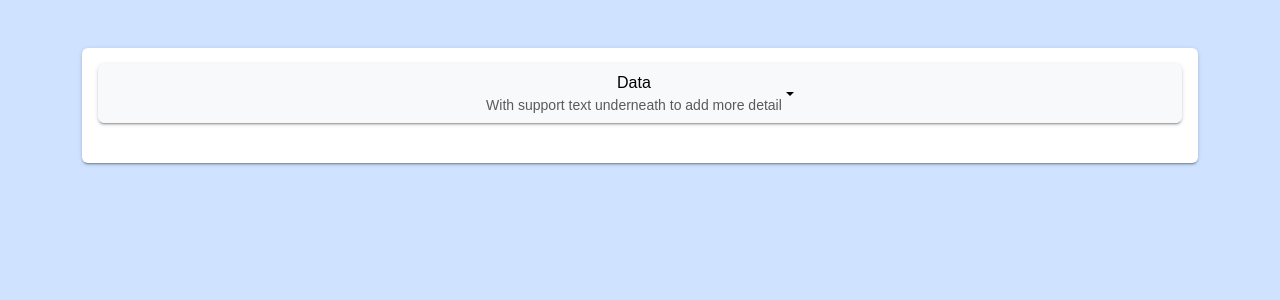
Repository: chancellor-w-whitaker/trying-context
Page: /
An editor plug-in stored every save of this project. The page is shown before and after the next save, followed by the edit.
The browser window is 1280 px wide. The pictures show the whole page.
The page's requests for data from a server got no answer. Some web fonts or font styles are not loaded; a fallback is used. The project was rebuilt for these pictures with package versions that can differ from the ones it lists, and the page was loaded fresh each time. No one was signed in, and anything a server would have sent is missing. Also part of the build but not shown: vite.config.js.

Above is the page before, as saved 2024-01-14 16:11:25.

### src/main.jsx
// Bootstrap Bundle JS
import "bootstrap/dist/js/bootstrap.bundle.min";
// Bootstrap CSS
import "bootstrap/dist/css/bootstrap.min.css";
import ReactDOM from "react-dom/client";
import React from "react";

import { AppContextProvider } from "./AppContextProvider.jsx";
import { Container } from "./components/Container.jsx";
import App from "./App.jsx";
import "./index.css";

ReactDOM.createRoot(document.getElementById("root")).render(
  <React.StrictMode>
    <Container>
      <AppContextProvider>
        <App />
      </AppContextProvider>
    </Container>
  </React.StrictMode>
);

### src/AppContextProvider.jsx
import { startTransition, useCallback, useState, useMemo } from "react";

import { comparePreviousColumnFilters } from "./functions/comparePreviousColumnFilters";
import { returnColsWithValuesAndType } from "./functions/returnColsWithValuesAndType";
import { buildRelevantColumnFilters } from "./functions/buildRelevantColumnFilters";
import { useBodyBgVariant } from "./hooks/useBodyBgVariant";
import { AppContext } from "./contexts/AppContext";
import { fileNames } from "./constants/fileNames";
import { useJSON } from "./hooks/useJSON";

export const AppContextProvider = ({ children }) => {
  const value = useProvideGlobally();

  return <AppContext.Provider value={value}>{children}</AppContext.Provider>;
};

const useProvideGlobally = () => {
  useBodyBgVariant("primary-subtle");

  const [fileName, setFileName] = useState(fileNames[0].id);
  const [columnFilters, setColumnFilters] = useState({});

  const onFileChange = useCallback(
    ({ target: { value } }) => startTransition(() => setFileName(value)),
    [setFileName]
  );

  const onColumnFilterChange = useCallback(
    ({ target: { name: field, value } }) =>
      startTransition(() =>
        setColumnFilters((previousState) => {
          // destructure top object (looks like { field1: {}, field2: {}, ... })
          const nextState = { ...previousState };
          // destructure field object (looks like { checklist: {}, relevant })
          nextState[field] = { ...nextState[field] };
          // destructure checklist (looks like { value1: {}, value2: {}, ... })
          nextState[field].checklist = { ...nextState[field].checklist };

          const { relevant, checked } = nextState[field].checklist[value];
          // create new object for value and flip checked state
          nextState[field].checklist[value] = { checked: !checked, relevant };

          return nextState;
        })
      ),
    []
  );

  const onBeforeEnd = useCallback((json, setResult) => {
    const columns = returnColsWithValuesAndType(json);

    setColumnFilters((previousColumnFilters) => {
      const relevantColumnFilters = buildRelevantColumnFilters(columns);

      comparePreviousColumnFilters(
        previousColumnFilters,
        relevantColumnFilters
      );

      return relevantColumnFilters;
    });

    // object that maps key (field) to checklist
    // checklist: { type, list }
    // field (string)
    // type (string) ("checkbox" or "radio")
    // list: [{}, {}, {}] (or what about an object that maps value to item state? that might solve indexing issues deriving from managing arrays in state)
    // list element: { value, checked, disabled (or relevant, or just something to describe relevance to dataset) }

    // in the future, may need something to describe relevance to filtered dataset
    // remember, this operation doesn't have to be run until you close (or maybe even open) a checklist
    // and what about sorting a list by relevance when opening a checklist? should this be a stateful or visual operation?
    // making it stateful would probably make updating the state of the item easier because the item's index in the list wouldn't change

    setResult(json);
  }, []);

  const data = useJSON(`data/${fileName}.json`, onBeforeEnd);

  const dropdownMenuStyle = useMemo(() => ({ maxHeight: 300 }), []);

  return {
    onColumnFilterChange,
    dropdownMenuStyle,
    columnFilters,
    onFileChange,
    fileName,
    data,
  };
};

### src/components/Container.jsx
export const Container = ({ children }) => {
  return (
    <>
      <main className="container">
        <div className="my-3 p-3 bg-body rounded shadow-sm">{children}</div>
      </main>
    </>
  );
};

### src/App.jsx
import {
  DropdownButton,
  ListGroupItem,
  DropdownMenu,
  ListGroup,
  Dropdown,
} from "./components/ListComps";
import { useAppContext } from "./hooks/useAppContext";
import { toTitleCase } from "./functions/toTitleCase";
import { fileNames } from "./constants/fileNames";
import "./App.css";

const App = () => {
  const {
    onColumnFilterChange,
    dropdownMenuStyle,
    columnFilters,
    onFileChange,
    fileName,
  } = useAppContext();

  return (
    <>
      <div className="d-flex flex-column gap-4">
        <div className="d-flex flex-wrap gap-3">
          <Dropdown className="col">
            <DropdownButton
              className="w-100 shadow-sm d-flex align-items-center justify-content-center"
              data-bs-auto-close="outside"
              variant="light"
            >
              <span>
                Data
                <small className="d-block text-body-secondary">
                  With support text underneath to add more detail
                </small>
              </span>
            </DropdownButton>
            <DropdownMenu
              className="shadow-sm overflow-y-scroll"
              style={dropdownMenuStyle}
            >
              <ListGroup className="list-group-flush">
                {fileNames.map(({ displayName, id }) => (
                  <ListGroupItem
                    checked={id === fileName}
                    onChange={onFileChange}
                    className="border-0"
                    type="radio"
                    name="file"
                    value={id}
                    key={id}
                  >
                    {displayName}
                  </ListGroupItem>
                ))}
              </ListGroup>
            </DropdownMenu>
          </Dropdown>
        </div>
        <div className="d-flex flex-wrap gap-3">
          {Object.entries(columnFilters).map(
            ([field, { relevant: fieldRelevance, checklist }]) =>
              fieldRelevance && (
                <Dropdown className="col" key={field}>
                  <DropdownButton
                    className="w-100 shadow-sm d-flex align-items-center justify-content-center"
                    data-bs-auto-close="outside"
                    variant="light"
                  >
                    {toTitleCase(field)}
                  </DropdownButton>
                  <DropdownMenu
                    className="shadow-sm overflow-y-scroll"
                    style={dropdownMenuStyle}
                  >
                    <ListGroup className="list-group-flush">
                      {Object.entries(checklist).map(
                        ([value, { relevant: valueRelevance, checked }]) => (
                          <ListGroupItem
                            className={`border-0${
                              !valueRelevance ? " opacity-50" : ""
                            }`}
                            onChange={onColumnFilterChange}
                            checked={checked}
                            type="checkbox"
                            value={value}
                            name={field}
                            key={value}
                          >
                            {value}
                          </ListGroupItem>
                        )
                      )}
                    </ListGroup>
                  </DropdownMenu>
                </Dropdown>
              )
          )}
        </div>
      </div>
    </>
  );
};

export default App;

### src/index.css
@font-face {
  font-family: poppins;
  font-style: normal;
  font-weight: 400;
  src: local("Poppins"),
    url(https://fonts.cdnfonts.com/s/16009/Poppins-Regular.woff) format("woff");
}
@font-face {
  font-family: poppins;
  font-style: normal;
  font-weight: 400;
  src: local("Poppins"),
    url(https://fonts.cdnfonts.com/s/16009/Poppins-Regular.woff) format("woff");
}
@font-face {
  font-family: poppins;
  font-style: italic;
  font-weight: 400;
  src: local("Poppins"),
    url(https://fonts.cdnfonts.com/s/16009/Poppins-Italic.woff) format("woff");
}
@font-face {
  font-family: poppins;
  font-style: italic;
  font-weight: 400;
  src: local("Poppins"),
    url(https://fonts.cdnfonts.com/s/16009/Poppins-Italic.woff) format("woff");
}
@font-face {
  font-family: poppins;
  font-style: normal;
  font-weight: 250;
  src: local("Poppins"),
    url(https://fonts.cdnfonts.com/s/16009/Poppins-Thin.woff) format("woff");
}
@font-face {
  font-family: poppins;
  font-style: normal;
  font-weight: 250;
  src: local("Poppins"),
    url(https://fonts.cdnfonts.com/s/16009/Poppins-Thin.woff) format("woff");
}
@font-face {
  font-family: poppins;
  font-style: italic;
  font-weight: 250;
  src: local("Poppins"),
    url(https://fonts.cdnfonts.com/s/16009/Poppins-ThinItalic.woff)
      format("woff");
}
@font-face {
  font-family: poppins;
  font-style: italic;
  font-weight: 250;
  src: local("Poppins"),
    url(https://fonts.cdnfonts.com/s/16009/Poppins-ThinItalic.woff)
      format("woff");
}
@font-face {
  font-family: poppins;
  font-style: normal;
  font-weight: 275;
  src: local("Poppins"),
    url(https://fonts.cdnfonts.com/s/16009/Poppins-ExtraLight.woff)
      format("woff");
}
@font-face {
  font-family: poppins;
  font-style: normal;
  font-weight: 275;
  src: local("Poppins"),
    url(https://fonts.cdnfonts.com/s/16009/Poppins-ExtraLight.woff)
      format("woff");
}
@font-face {
  font-family: poppins;
  font-style: italic;
  font-weight: 275;
  src: local("Poppins"),
    url(https://fonts.cdnfonts.com/s/16009/Poppins-ExtraLightItalic.woff)
      format("woff");
}
@font-face {
  font-family: poppins;
  font-style: italic;
  font-weight: 275;
  src: local("Poppins"),
    url(https://fonts.cdnfonts.com/s/16009/Poppins-ExtraLightItalic.woff)
      format("woff");
}
@font-face {
  font-family: poppins;
  font-style: normal;
  font-weight: 300;
  src: local("Poppins"),
    url(https://fonts.cdnfonts.com/s/16009/Poppins-Light.woff) format("woff");
}
@font-face {
  font-family: poppins;
  font-style: normal;
  font-weight: 300;
  src: local("Poppins"),
    url(https://fonts.cdnfonts.com/s/16009/Poppins-Light.woff) format("woff");
}
@font-face {
  font-family: poppins;
  font-style: italic;
  font-weight: 300;
  src: local("Poppins"),
    url(https://fonts.cdnfonts.com/s/16009/Poppins-LightItalic.woff)
      format("woff");
}
@font-face {
  font-family: poppins;
  font-style: italic;
  font-weight: 300;
  src: local("Poppins"),
    url(https://fonts.cdnfonts.com/s/16009/Poppins-LightItalic.woff)
      format("woff");
}
@font-face {
  font-family: poppins;
  font-style: normal;
  font-weight: 500;
  src: local("Poppins"),
    url(https://fonts.cdnfonts.com/s/16009/Poppins-Medium.woff) format("woff");
}
@font-face {
  font-family: poppins;
  font-style: normal;
  font-weight: 500;
  src: local("Poppins"),
    url(https://fonts.cdnfonts.com/s/16009/Poppins-Medium.woff) format("woff");
}
@font-face {
  font-family: poppins;
  font-style: italic;
  font-weight: 500;
  src: local("Poppins"),
    url(https://fonts.cdnfonts.com/s/16009/Poppins-MediumItalic.woff)
      format("woff");
}
@font-face {
  font-family: poppins;
  font-style: italic;
  font-weight: 500;
  src: local("Poppins"),
    url(https://fonts.cdnfonts.com/s/16009/Poppins-MediumItalic.woff)
      format("woff");
}
@font-face {
  font-family: poppins;
  font-style: normal;
  font-weight: 600;
  src: local("Poppins"),
    url(https://fonts.cdnfonts.com/s/16009/Poppins-SemiBold.woff) format("woff");
}
@font-face {
  font-family: poppins;
  font-style: normal;
  font-weight: 600;
  src: local("Poppins"),
    url(https://fonts.cdnfonts.com/s/16009/Poppins-SemiBold.woff) format("woff");
}
@font-face {
  font-family: poppins;
  font-style: italic;
  font-weight: 600;
  src: local("Poppins"),
    url(https://fonts.cdnfonts.com/s/16009/Poppins-SemiBoldItalic.woff)
      format("woff");
}
@font-face {
  font-family: poppins;
  font-style: italic;
  font-weight: 600;
  src: local("Poppins"),
    url(https://fonts.cdnfonts.com/s/16009/Poppins-SemiBoldItalic.woff)
      format("woff");
}
@font-face {
  font-family: poppins;
  font-style: normal;
  font-weight: 700;
  src: local("Poppins"),
    url(https://fonts.cdnfonts.com/s/16009/Poppins-Bold.woff) format("woff");
}
@font-face {
  font-family: poppins;
  font-style: normal;
  font-weight: 700;
  src: local("Poppins"),
    url(https://fonts.cdnfonts.com/s/16009/Poppins-Bold.woff) format("woff");
}
@font-face {
  font-family: poppins;
  font-style: italic;
  font-weight: 700;
  src: local("Poppins"),
    url(https://fonts.cdnfonts.com/s/16009/Poppins-BoldItalic.woff)
      format("woff");
}
@font-face {
  font-family: poppins;
  font-style: italic;
  font-weight: 700;
  src: local("Poppins"),
    url(https://fonts.cdnfonts.com/s/16009/Poppins-BoldItalic.woff)
      format("woff");
}
@font-face {
  font-family: poppins;
  font-style: normal;
  font-weight: 800;
  src: local("Poppins"),
    url(https://fonts.cdnfonts.com/s/16009/Poppins-ExtraBold.woff)
      format("woff");
}
@font-face {
  font-family: poppins;
  font-style: normal;
  font-weight: 800;
  src: local("Poppins"),
    url(https://fonts.cdnfonts.com/s/16009/Poppins-ExtraBold.woff)
      format("woff");
}
@font-face {
  font-family: poppins;
  font-style: italic;
  font-weight: 800;
  src: local("Poppins"),
    url(https://fonts.cdnfonts.com/s/16009/Poppins-ExtraBoldItalic.woff)
      format("woff");
}
@font-face {
  font-family: poppins;
  font-style: italic;
  font-weight: 800;
  src: local("Poppins"),
    url(https://fonts.cdnfonts.com/s/16009/Poppins-ExtraBoldItalic.woff)
      format("woff");
}
@font-face {
  font-family: poppins;
  font-style: normal;
  font-weight: 900;
  src: local("Poppins"),
    url(https://fonts.cdnfonts.com/s/16009/Poppins-Black.woff) format("woff");
}
@font-face {
  font-family: poppins;
  font-style: normal;
  font-weight: 900;
  src: local("Poppins"),
    url(https://fonts.cdnfonts.com/s/16009/Poppins-Black.woff) format("woff");
}
@font-face {
  font-family: poppins;
  font-style: italic;
  font-weight: 900;
  src: local("Poppins"),
    url(https://fonts.cdnfonts.com/s/16009/Poppins-BlackItalic.woff)
      format("woff");
}
@font-face {
  font-family: poppins;
  font-style: italic;
  font-weight: 900;
  src: local("Poppins"),
    url(https://fonts.cdnfonts.com/s/16009/Poppins-BlackItalic.woff)
      format("woff");
}

:root,
[data-bs-theme="light"] {
  --bs-font-sans-serif: "Poppins", sans-serif;

  --bs-box-shadow: 0px 3px 3px -2px rgba(0, 0, 0, 0.2),
    0px 3px 4px 0px rgba(0, 0, 0, 0.14), 0px 1px 8px 0px rgba(0, 0, 0, 0.12);
  --bs-box-shadow-sm: 0px 3px 1px -2px rgba(0, 0, 0, 0.2),
    0px 2px 2px 0px rgba(0, 0, 0, 0.14), 0px 1px 5px 0px rgba(0, 0, 0, 0.12);
  --bs-box-shadow-lg: 0px 2px 4px -1px rgba(0, 0, 0, 0.2),
    0px 4px 5px 0px rgba(0, 0, 0, 0.14), 0px 1px 10px 0px rgba(0, 0, 0, 0.12);
}

body {
  overflow-y: scroll;
}

### src/functions/comparePreviousColumnFilters.js
export const comparePreviousColumnFilters = (previousState, nextState) => {
  Object.entries(previousState).forEach(([field, { checklist }]) => {
    if (!(field in nextState)) {
      nextState[field] = {
        checklist: Object.fromEntries(
          Object.entries(checklist).map(([value, { checked }]) => [
            value,
            { relevant: false, checked },
          ])
        ),
        relevant: false,
      };
    } else {
      Object.entries(checklist).forEach(([value, { checked }]) => {
        const nextChecklist = nextState[field].checklist;

        if (value in nextChecklist) {
          nextChecklist[value].checked = checked;
        } else {
          nextChecklist[value] = { relevant: false, checked };
        }
      });
    }
  });
};

### src/functions/returnColsWithValuesAndType.js
const loopDataAndDeriveColProperties = (data) => {
  const fieldToColumn = {};

  data.forEach((row) => {
    Object.keys(row).forEach((field) => {
      if (!(field in fieldToColumn)) {
        fieldToColumn[field] = { values: new Set(), types: {} };
      }

      const { values, types } = fieldToColumn[field];

      const value = row[field];
      values.add(value);

      const type = typeof value;
      if (!(type in types)) types[type] = 0;
      types[type] += 1;
    });
  });

  return fieldToColumn;
};

export const returnColsWithValuesAndType = (data) => {
  const fieldToColumn = loopDataAndDeriveColProperties(data);

  return Object.entries(fieldToColumn).map(([field, { values, types }]) => ({
    type: Object.entries(types)
      .sort((arrA, arrB) => arrB[1] - arrA[1])
      .find(([type]) => type === "string" || type === "number")[0],
    values: [...values].sort(),
    field,
  }));
};

### src/functions/buildRelevantColumnFilters.js
export const buildRelevantColumnFilters = (columns) => {
  return Object.fromEntries(
    columns
      .filter(({ type }) => type === "string")
      .map(({ values, field }) => [
        field,
        {
          checklist: Object.fromEntries(
            values.map((value) => [value, { relevant: true, checked: true }])
          ),
          relevant: true,
        },
      ])
  );
};

### src/hooks/useBodyBgVariant.jsx
import { useEffect } from "react";

export const useBodyBgVariant = (variant) => {
  useEffect(() => {
    document.body.classList.add(`bg-${variant}`);

    return () => {
      document.body.classList.remove(`bg-${variant}`);
    };
  }, [variant]);
};

### src/constants/fileNames.js
export const fileNames = [
  { displayName: "Fall Enrollment", id: "fall" },
  { displayName: "Spring Enrollment", id: "spring" },
  { displayName: "Summer Enrollment", id: "summer" },
  { displayName: "Degrees Awarded", id: "degrees" },
  { displayName: "Retention Rates", id: "retention" },
  { displayName: "Graduation Rates", id: "graduation" },
  { displayName: "Credit Hours", id: "hours" },
];

### src/hooks/useJSON.jsx
import { useEffect } from "react";
import { useState } from "react";

export const useJSON = (url, onBeforeEnd) => {
  const [result, setResult] = useState(null);

  useEffect(() => {
    if (url) {
      let ignore = false;

      fetch(url)
        .then((response) => response.json())
        .then((json) => {
          if (!ignore) {
            typeof onBeforeEnd === "function"
              ? onBeforeEnd(json, setResult)
              : setResult(json);
          }
        });

      return () => {
        ignore = true;
      };
    }
  }, [url, onBeforeEnd]);

  return result;
};

### src/components/ListComps.jsx
import { memo } from "react";

export const Dropdown = ({ className = "", ...rest }) => {
  return (
    <>
      <div className={`dropdown ${className}`.trimEnd()} {...rest}></div>
    </>
  );
};

export const DropdownButton = memo(
  ({ variant = "secondary", className = "", ...rest }) => {
    return (
      <>
        <button
          className={`btn btn-${variant} dropdown-toggle ${className}`.trimEnd()}
          {...rest}
          data-bs-toggle="dropdown"
          aria-expanded="false"
          type="button"
        ></button>
      </>
    );
  }
);

DropdownButton.displayName = "DropdownButton";

export const DropdownMenu = ({ className = "", ...rest }) => {
  return (
    <>
      <ul className={`dropdown-menu ${className}`.trimEnd()} {...rest}></ul>
    </>
  );
};

export const ListGroup = ({ className = "", ...rest }) => {
  return (
    <>
      <div className={`list-group ${className}`.trimEnd()} {...rest}></div>
    </>
  );
};

export const ListGroupItem = memo(
  ({
    type = "checkbox",
    className = "",
    onChange,
    children,
    checked,
    value,
    name,
  }) => {
    return (
      <>
        <label
          className={`list-group-item d-flex gap-2 ${className}`.trimEnd()}
        >
          <input
            className="form-check-input flex-shrink-0"
            {...{ onChange, checked, value, type, name }}
          />
          <span>{children}</span>
        </label>
      </>
    );
  }
);

ListGroupItem.displayName = "ListGroupItem";

### src/hooks/useAppContext.jsx
import { useContext } from "react";

import { AppContext } from "../contexts/AppContext";

export const useAppContext = () => useContext(AppContext);

### src/functions/toTitleCase.js
import { Str } from "@supercharge/strings";

export const toTitleCase = (string) => Str(string).pascal().words().join(" ");

Loaded but not shown: index.html (common file); src/contexts/AppContext.jsx (common file); src/App.css (common file)

After the next save:
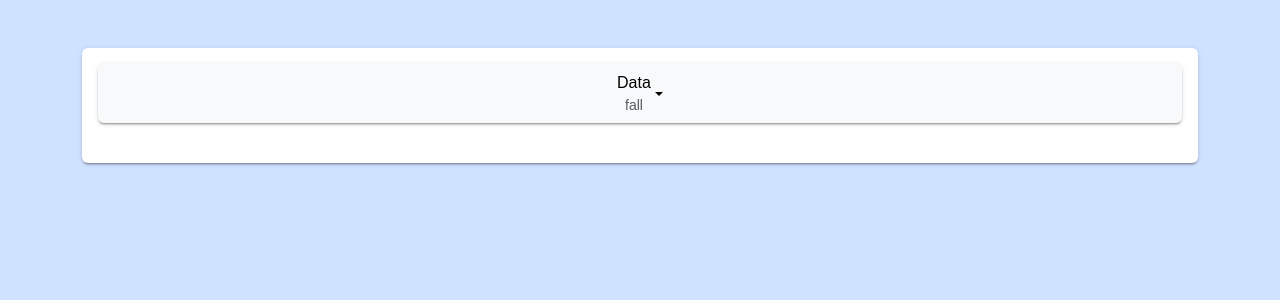
Saved 97 s later.
--- a/src/App.jsx
+++ b/src/App.jsx
@@ -32,7 +32,7 @@ const App = () => {
               <span>
                 Data
                 <small className="d-block text-body-secondary">
-                  With support text underneath to add more detail
+                  {fileName}
                 </small>
               </span>
             </DropdownButton>
